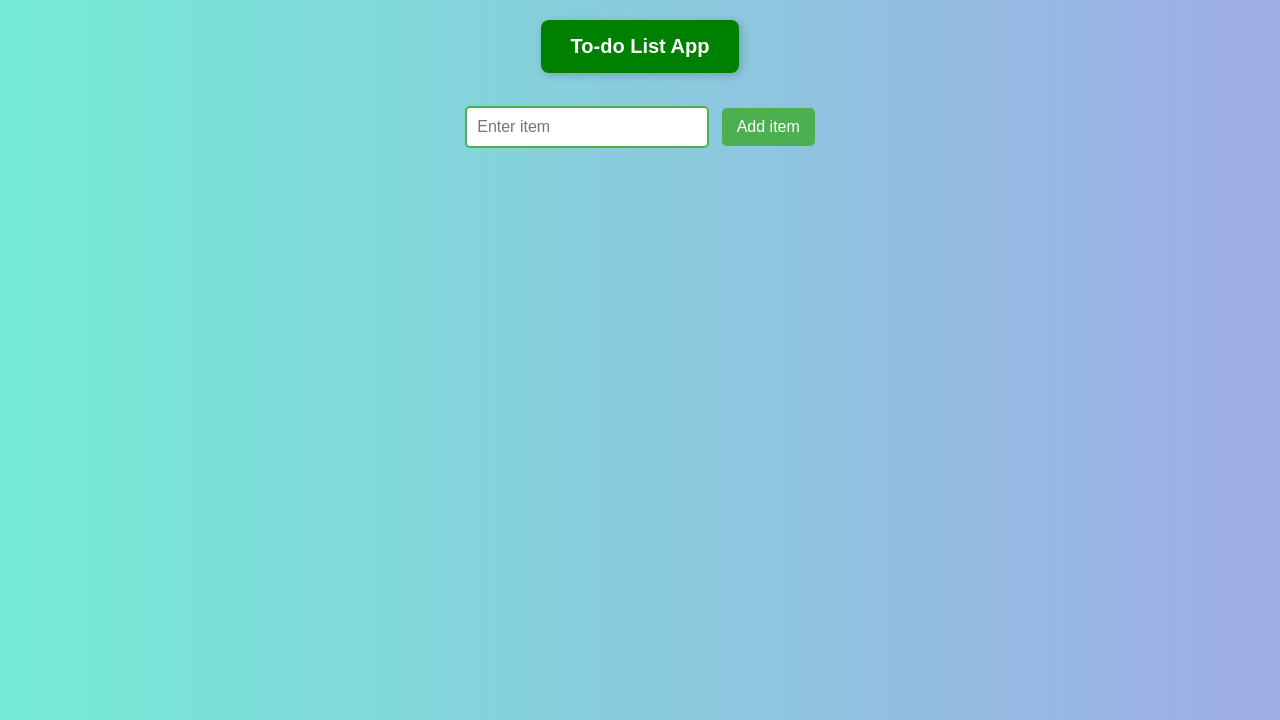
Repository: binhphanbp/WEB2064_JavaScript-Advanced_WD20305
Page: lesson4/lesson4.html
The author's editor kept a copy of each file at every save. The page is drawn from the files as they stood at one save, then again after the next save.
The browser window is 1280 px wide. The pictures show the whole page.

Above is the page before, as saved 2025-09-24 12:22:13.

After the next save:
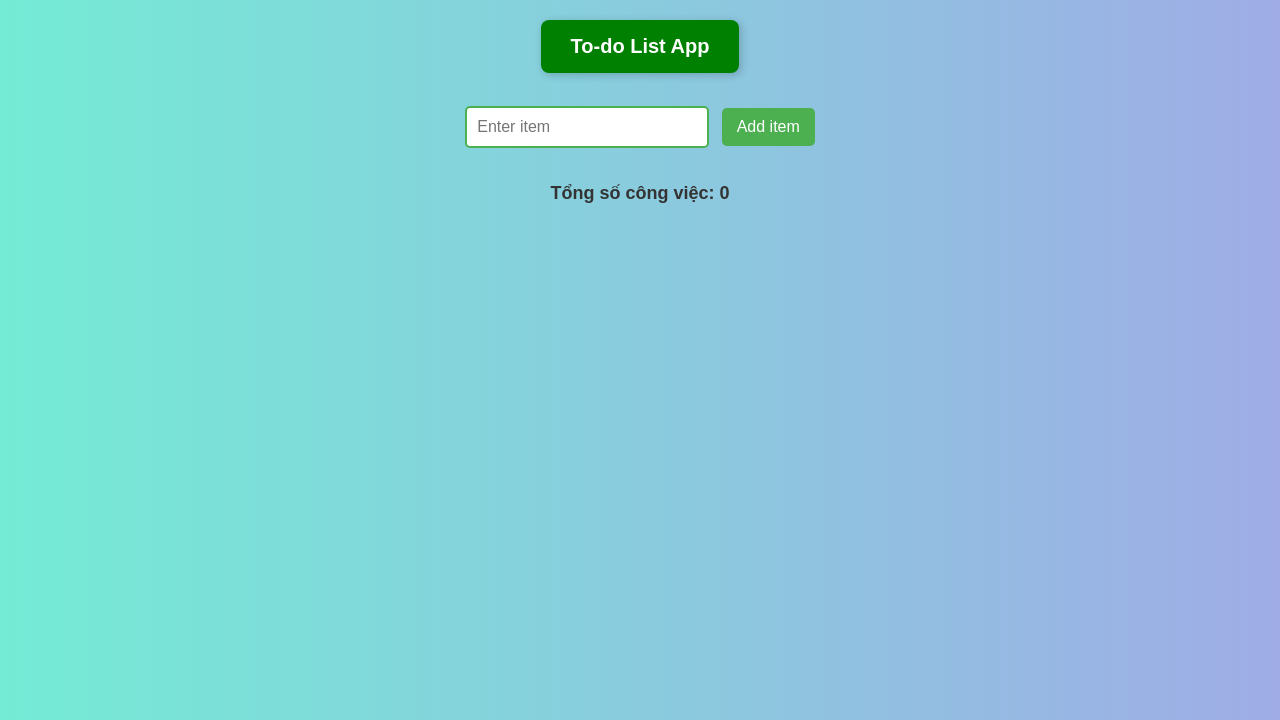
Saved 20 s later.
--- a/lesson4/lesson4.html
+++ b/lesson4/lesson4.html
@@ -175,6 +175,7 @@
         h4Tag.innerText = `Tổng số công việc: ${totalTasks}`;
         ulTag.after(h4Tag);
       };
+      updateTaskCount();
 
       // 7. Xoá phần tử
     </script>
